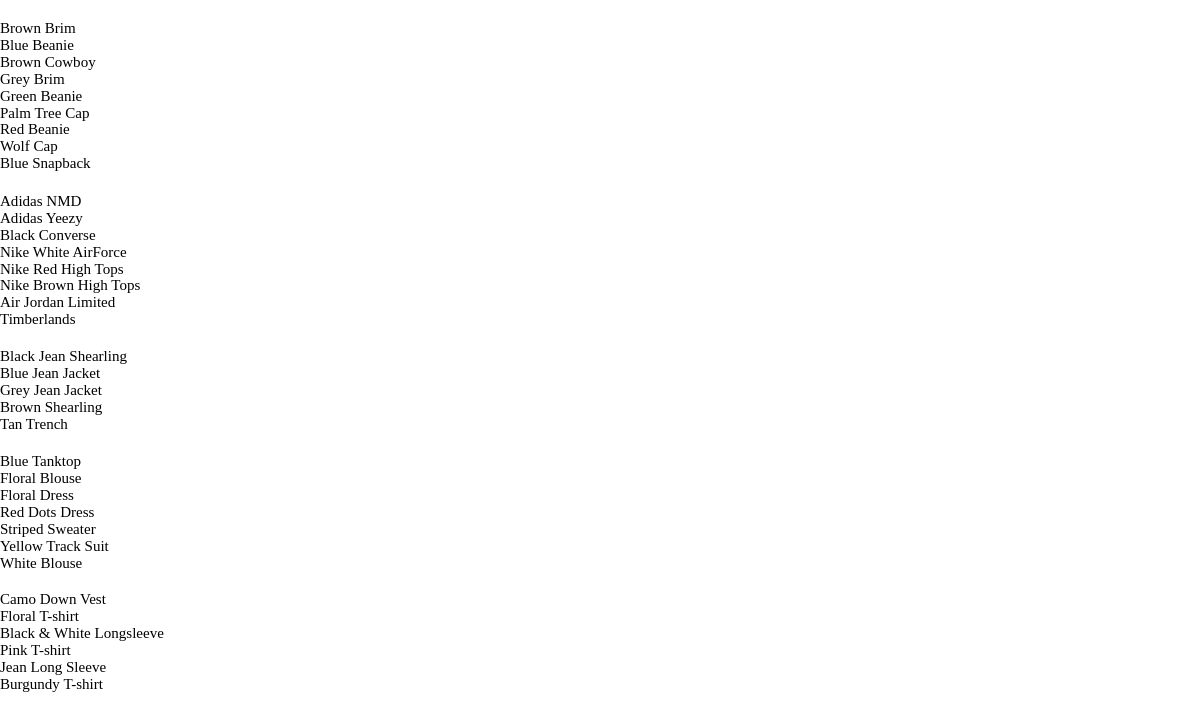
Repository: Farazzaidi22/Crwn-Clothing
Page: /shop
The author's editor kept a copy of each file at every save. The page is drawn from the files as they stood at one save, then again after a run of saves.
The browser window is 1280 px wide. The pictures show the whole page, at 94% of full size.
Some web fonts or font styles are not loaded; a fallback is used. The project was rebuilt for these pictures with package versions that can differ from the ones it lists, and the page was loaded fresh each time. A package was used in the major version that the imports need, not the one package.json lists. Also part of the build but not shown: src/components/menu-item/menu-item.styles.scss, src/components/menu-item/menu-item.component.jsx, src/components/directory/directory.styles.scss, src/components/directory/directory.component.jsx, src/pages/homepage/homepage.styles.scss, src/pages/homepage/homepage.component.jsx, src/components/collection-preview/collection-preview.styles.scss.

Above is the page before, as saved 2021-12-10 04:20:04.

After the next 3 saves:
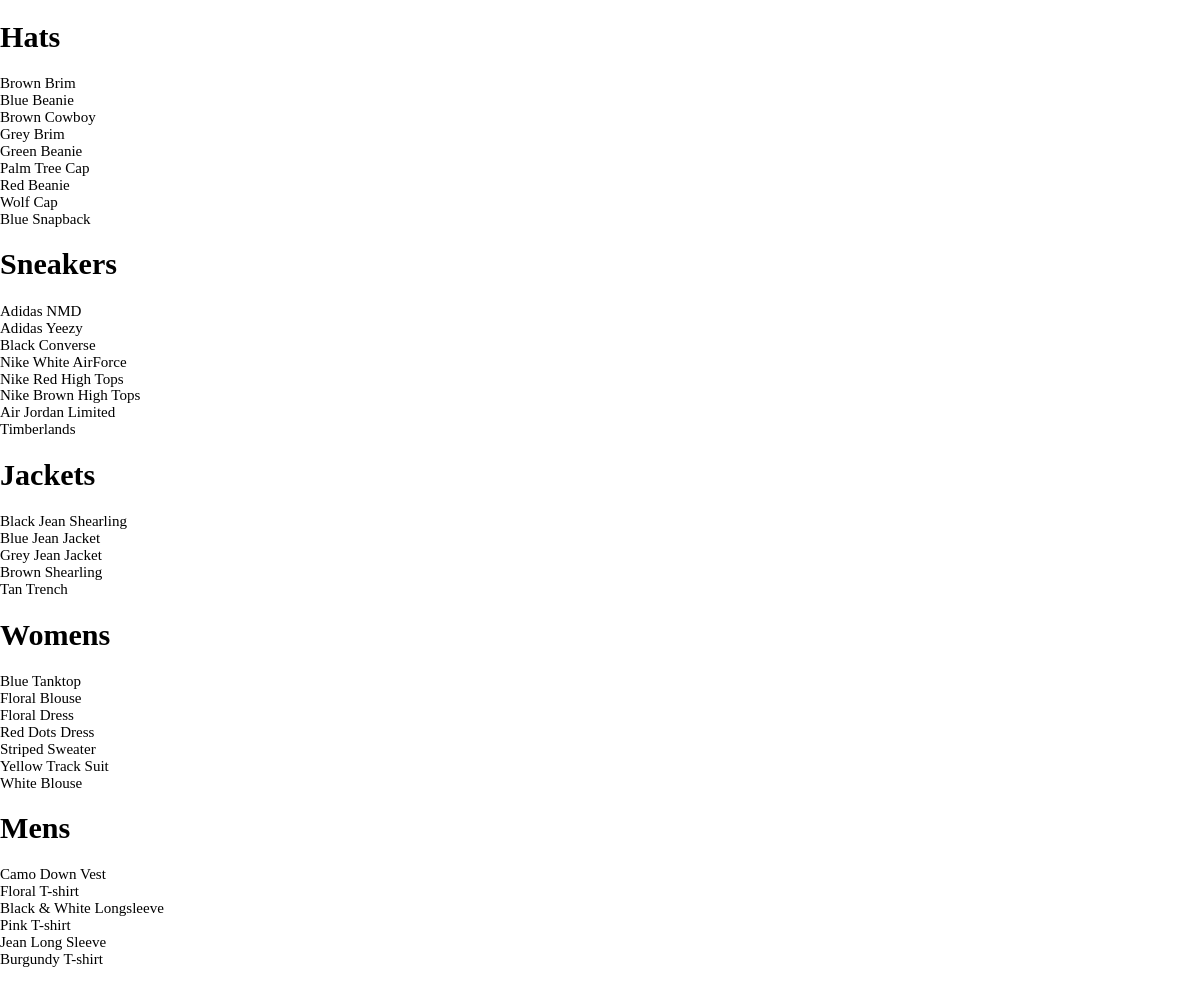
The 3 saves are shown as one change because they came seconds apart.
The last was saved 3 min 27 s later.
--- a/src/components/collection-preview/collection-preview.component.jsx
+++ b/src/components/collection-preview/collection-preview.component.jsx
@@ -4,7 +4,7 @@
 const CollectionPreview = ({ title, items}) => (
     <div className='collection-preview'>
 
-        <h1 className='title'></h1>
+        <h1 className='title'>{ title }</h1>
         <div className='preview'>
             { items.map( item => (
                 <div key={ item.id }>{item.name}</div>

After the 2 saves that followed:
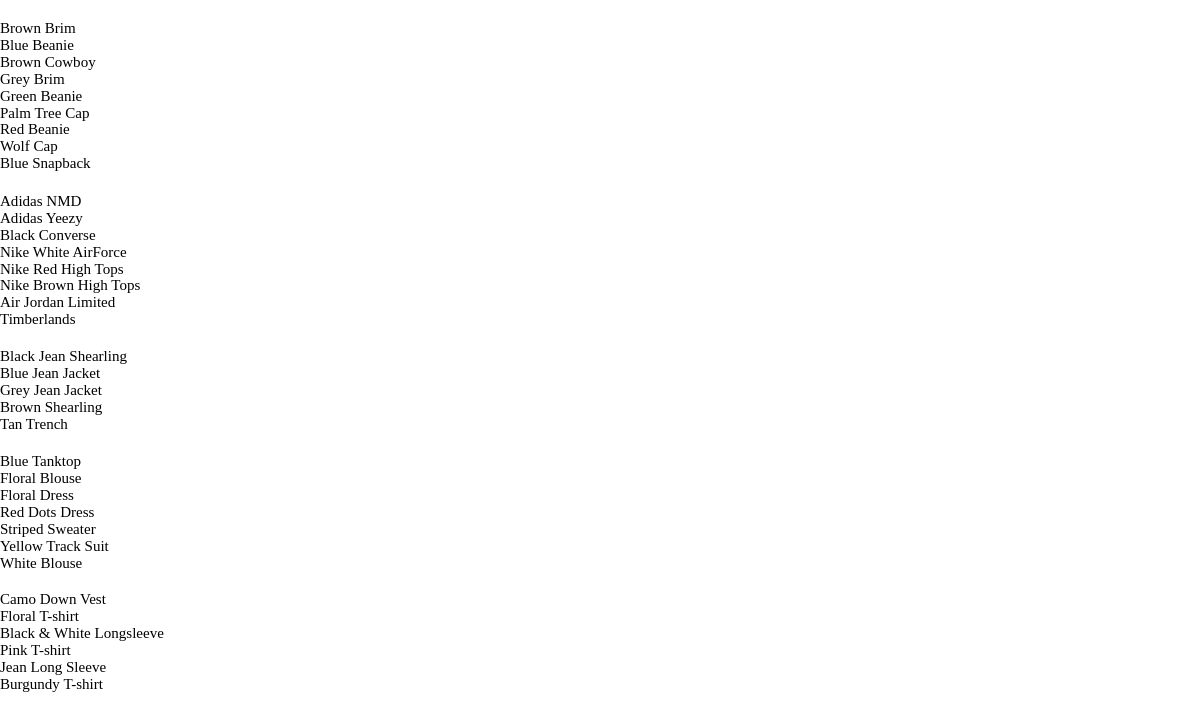
The 2 saves are shown as one change because they came seconds apart.
The last was saved 55 s later.
--- a/src/components/collection-preview/collection-preview.component.jsx
+++ b/src/components/collection-preview/collection-preview.component.jsx
@@ -4,7 +4,7 @@
 const CollectionPreview = ({ title, items}) => (
     <div className='collection-preview'>
 
-        <h1 className='title'>{ title }</h1>
+        <h1 className='title'>{ title.toU }</h1>
         <div className='preview'>
             { items.map( item => (
                 <div key={ item.id }>{item.name}</div>
